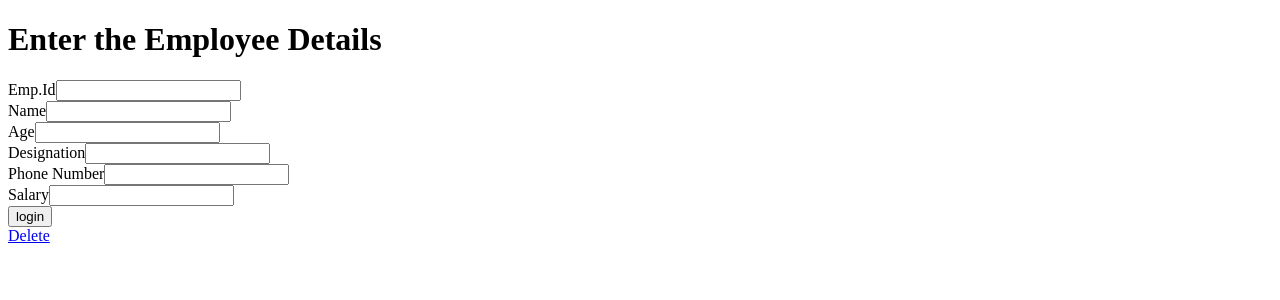
Repository: ramakrishnan1997/ram_javatraining
Page: crudemployeetest/CrudOperationEmp/src/main/webapp/index.html
These files come from the project's save history. The page is drawn as it stood at one moment and after the next save; the edit follows.
The browser window is 1280 px wide. The pictures show the whole page.

Above is the page before, as saved 2022-06-13 08:25:43.

### crudemployeetest/CrudOperationEmp/src/main/webapp/index.html
<!DOCTYPE html>
<html>
<head>
<meta charset="UTF-8">
<title>Insert title here</title>
</head>
<body>
<h1>Enter the Employee Details</h1>
<form action ="LoginServlet">
Emp.Id<input type="text" name="empId"></br>
Name<input type="text" name="name"></br>
Age<input type="text" name="age"></br>
Designation<input type="text" name="designation"></br>
Phone Number<input type="text" name="phone"></br>
Salary<input type="text" name="salary"></br>
<input type="submit" value="login" ></br>
</form>
<a href="http://localhost:8080/CrudOperationEmp/delete.html">Delete</a>

</body>
</html>

After the next save:
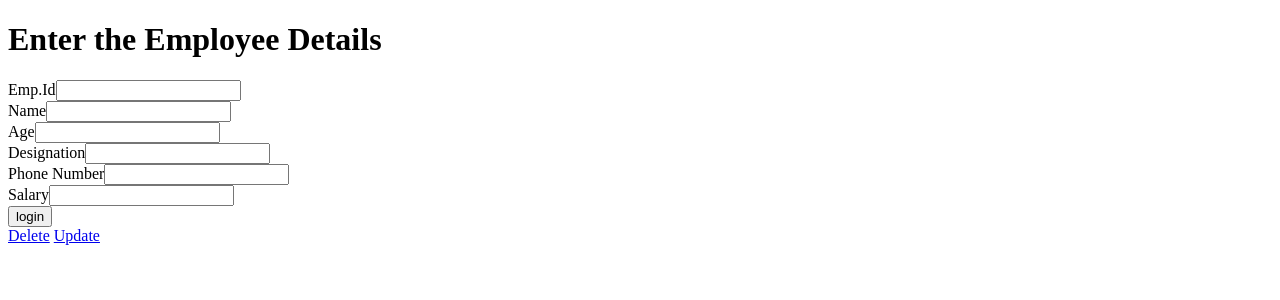
Saved 102 s later.
--- a/crudemployeetest/CrudOperationEmp/src/main/webapp/index.html
+++ b/crudemployeetest/CrudOperationEmp/src/main/webapp/index.html
@@ -16,6 +16,7 @@ Salary<input type="text" name="salary"></br>
 <input type="submit" value="login" ></br>
 </form>
 <a href="http://localhost:8080/CrudOperationEmp/delete.html">Delete</a>
+<a href="http://localhost:8080/CrudOperationEmp/delete.html">Update</a>
 
 </body>
 </html>
